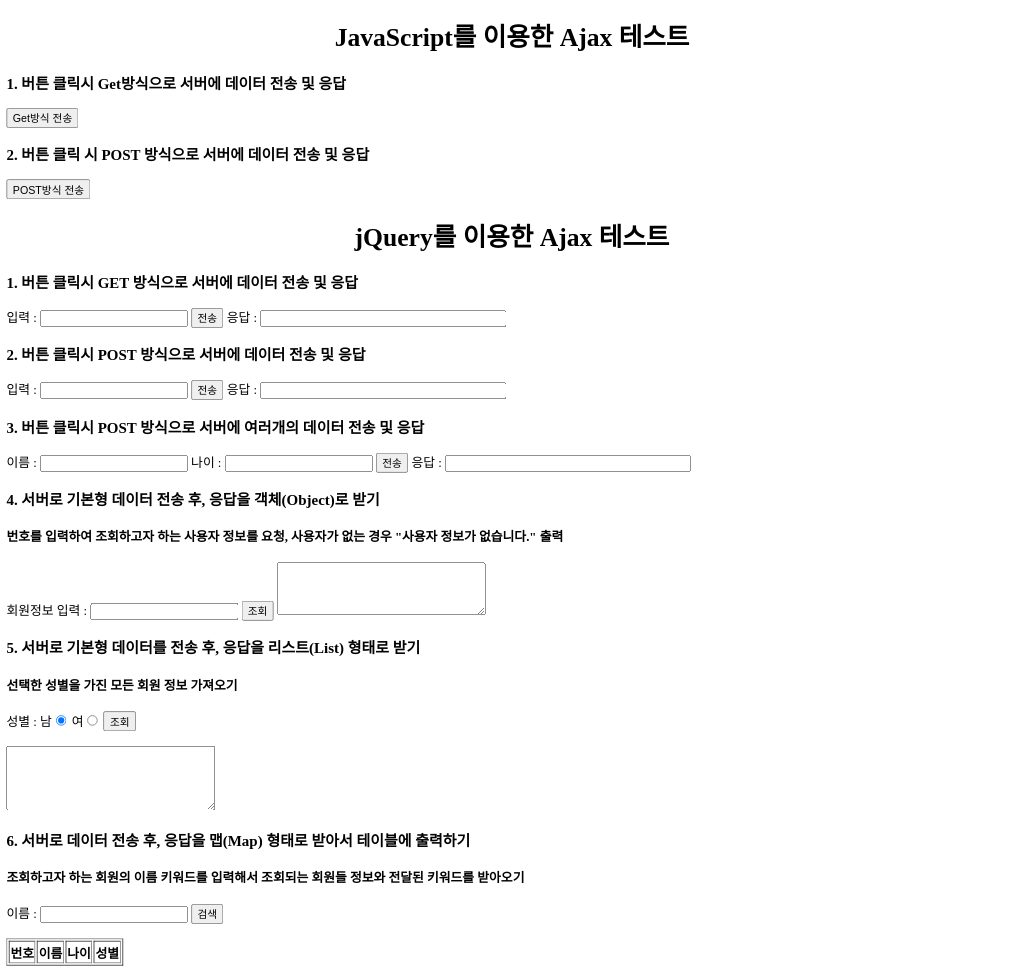
Repository: WOOOOOOOONG/KH_server
Page: http://localhost/ajaxProject/
An editor plug-in stored every save of this project. The page is shown before and after the next save, followed by the edit.
The browser window is 1280 px wide. The pictures show the whole page, at 80% of full size.
The page is served by Tomcat 9. Other server files are loaded and not shown.

Above is the page before, as saved 2019-12-02 11:35:00.

### 실습/ajaxProject/WebContent/index.jsp
<%@ page language="java" contentType="text/html; charset=UTF-8"
    pageEncoding="UTF-8"%>
<!DOCTYPE html>
<html>
<head>
<meta charset="UTF-8">
<title>Insert title here</title>
</head>
<body>
	<%-- ajax 개요 --%>
	<%--
		서버로부터 데이터를 가져와 전체 페이지를 고치지 않고 일부만 로드할 수 있게 하는 기법
		--> 즉, 비동기식 요청을 보내는데 필요한 기술

		* 동기식/비동기식
		- 동기식 : 서버와 클라이언트가 동시에 통신하여 프로세스를 수행 및 종료까지 같이함
				만약 서버에서 호출된 결과까지의 시간이 지연이 생길 경우 웹에서는 아무 작동
				없이 하염없이 기다려야 함. 결과를 받고 나서야 다른 일들을 할 수 있음.
		- 비동기식 : 페이지 리로딩 없이 동기식의 서버 요청 사이사이 추가적인 요청과 처리가 가능함.
				즉, 서버에서 요청한 결과를 받기까지 아무런 동작을 할 수 없는게 아니라 다른걸 하면서
				응답을 바로 받을 수 있음.
			--> 아이디 중복체크, 검색어 자동완성, 댓글, 실시간 검색 로딩

		* 단점
		- 한 페이지 내에서 지속적으로 사용시 리소스가 계속 쌓여 페이지가 느려질 수 있음.
		- 페이지 내 복잡도가 기하급수적으로 증가, 에러 발생 시 디버깅이 어려움

		* AJAX를 구현하는 방식에는 JavaScript와 jQeury 방식이 있는데 그 중 실제로 많이 사용하는
		  방식으로 jQuery 방식(코드가 간결하고 사용하기 쉽다)
	--%>
	<h1 align="center">JavaScript를 이용한 Ajax 테스트</h1>
	<h3>1. 버튼 클릭시 Get방식으로 서버에 데이터 전송 및 응답</h3>
	<button onclick="jsAjax1();">Get방식 전송</button>
	<p id="test1"></p>
	<script>
		function jsAjax1() {
			// 1. XMLHttpRequest 객체 생성
			xhr = new XMLHttpRequest();

			// 자바스크립트는 원래 브라우저 버젼벌 호환성 검사가 필요하지만 생략~

			// 2. onreadystatechange : Ajax 통신에 대한 응답 상태의 변경이 있을 경우
			// 실행할 함수(Ajax 통신이 성공한 경우에 대한 동작)
			xhr.onreadystatechange = function() {
				// 1) readyState : 서버 응답 상태 확인(Ajax 통신 진행상황 확인)
				/*
					0 : request not initialized
					1 : server connection established
					2 : request received
					3 : processing request
					4 : request finished and response is ready
				*/
				if(xhr.readyState == 4) {
					// 요청이 끝났고 그에 해당하는 응답이 왔을 경우

					// 2) status : HTTP 응답 상태 코드(응답이 정상적으로 이루어졌는지 확인)
					/*
						200 : "OK"
						403 : "Forbidden"
						404 : "Not Found"
					*/
					if(xhr.status == 200) {
						console.log('jsAjax1() - ajax 통신 성공!');

						// xhr.responseText : 응답 데이터 문자열을 담고 있다.
						var str = xhr.responseText;
						document.getElementById("test1").innerHTML = str;
					}else if(xhr.status == 404) {
						console.log('jsAjax1() - ajax 통신 실패!');
					}
				}
			}
			// 3. open() : 서버와 데이터 교환시 필요한 정보 입력(요청 방식, 대상(서버), 동기/비동기)
			xhr.open("GET", "<%= request.getContextPath() %>/jsAjax1.do?name=홍길동&age=20", true);

			// 4. send() : 서버로 데이터 교환 요청
			xhr.send();
		}
	</script>

	<h3>2. 버튼 클릭 시 POST 방식으로 서버에 데이터 전송 및 응답</h3>
	<button onclick="jsAjax2();">POST방식 전송</button>
	<p id="test2"></p>
	<script>
		function jsAjax2() {
			// 1 XMLHttpRequest 객체 생성
			xhr = new XMLHttpRequest();

			// 2. onreadystatechange
			xhr.onreadystatechange = function() {
				if(xhr.readyState == 4 && xhr.status == 200) {
					console.log("jsAjax2() - ajax 통신 성공!");

					var str = xhr.responseText;

					document.getElementById("test2").innerHTML = str;
				}
			}

			// 3. open() : 서버와 데이터 교환 시 필요한 정보 입력
			xhr.open("POST", "<%= request.getContextPath() %>/jsAjax2.do");

			// **** POST 방식 데이터 전송시 send() 호출 전 mime type을 설정해주어야 함 ****
			// POST 전송 시 header에 추가로 설정하지 않으면 전송한 파라미터를 인식하지 못함
			// key=value&key=value&...
			xhr.setRequestHeader("Content-type", "application/x-www-form-urlencoded;");
			// HTTP요청 헤더의 값을 설정. setRequestHeader(header(설정된값을 가진 헤더이름), value(헤더의 본문에 설정될 값))

			// 4. send()
			xhr.send("name=김말똥&age=30"); // send 시 데이터 전송
		}
	</script>

	<script src="https://ajax.googleapis.com/ajax/libs/jquery/3.4.1/jquery.min.js"></script>

	<h1 align="center">jQuery를 이용한 Ajax 테스트</h1>
	<h3>1. 버튼 클릭시 GET 방식으로 서버에 데이터 전송 및 응답</h3>
		입력 : <input type="text" id="input1">
	<button id="btn1">전송</button>
		응답 : <input type="text" id="output1" style="width:300px" readonly>
	<script>
		$(function() {
			// 1. 버튼 클릭시 GET 방식으로 서버에 입력값 전송 및 응답
			$("#btn1").click(function() {
				var input = $("#input1").val();

				$.ajax({
					// url : 데이터를 전송할 url(필수!!)
					url : "jqAjax1.do",

					// data : 요청 시 전달할 파라미터 설정
					data : {input:input},
					// key:value

					// type : 전송방식(GET/POST)
					type : "get",

					// success : Ajax 통신 성공 시 처리할 함수를 지정하는 속성
					success : function(result) {
						// result 매개변수 : 서버에서 응답이 왔을 때 그 값이 저장되는 변수
						// 매개변수명 임의지정 가능
						console.log('Ajax 통신 성공!');
						$("#output1").val(result);
					},

					// error : Ajax 통신 실패 시 처리할 함수를 지정하는 속성
					error : function() {
						console.log('Ajax 통신 실패...');
					},

					// complete : 통신 성공/실패 여부 상관없ㅇ ㅣ실행
					complete : function() {
						console.log('무조건 호출~!');
					}
				});
			});
		});
	</script>

	<h3>2. 버튼 클릭시 POST 방식으로 서버에 데이터 전송 및 응답</h3>
	입력 : <input type="text" id="input2">
	<button id="btn2">전송</button>
	응답 : <input type="text" id="output2" style="width:300px" readonly>

	<script>
		$(function() {
			$("#btn2").click(function() {
				var input = $("#input2").val();

				$.ajax({
					url: "jqAjax2.do",
					data: {input: input},
					type:"post",
					success: function(result) {
						console.log("Ajax 통신 성공!");
						$("#output2").val(result);
					},
					error: function(e) {
						console.log(e);
					},
					complete: function() {
						console.log("무조건 호출");
					}
				});
			});
		});
	</script>

	<h3>3. 버튼 클릭시 POST 방식으로 서버에 여러개의 데이터 전송 및 응답</h3>
	이름 : <input type="text" id="input3_1">
	나이 : <input type="text" id="input3_2">
	<button id="btn3">전송</button>
	응답 : <input type="text" id="output3" style="width:300px" readonly>

	<script>
		$(function() {
			$("#btn3").click(function() {
				var input3_1 = $("#input3_1").val();
				var input3_2 = $("#input3_2").val();

				$.ajax({
					url : "jqAjax3.do",
					data : {name : input3_1,
							age : input3_2},
					type : "post",
					success : function(result) {
						$("#output3").val(result);
					},
					error : function() {
						$("#output3").val("ajax 통신 실패");
					}
				});
			});
		});
	</script>

	<h3>4. 서버로 기본형 데이터 전송 후, 응답을 객체(Object)로 받기</h3>
	<h4>번호를 입력하여 조회하고자 하는 사용자 정보를 요청, 사용자가 없는 경우 "사용자 정보가 없습니다." 출력</h4>

	회원정보 입력 : <input type="text" id="input4">
	<button id="btn4">조회</button>
	<textarea id="textarea4" rows="4" cols="30"></textarea>

	<script>
		$(function() {
			// JSONObject를 서버로부터 전달받아
			// dataType : "json"을 이용하여 처리
			$("#btn4").click(function() {
				var input = $("#input4").val();

				$.ajax({
					url : "jqAjax4.do",
					data : {input:input},
					type : "get",
					dataType : "json", // 응답 데이터의 형식을 text가 아닌 json으로 지정
					success : function(obj) {
						console.log(obj);

						var result = "";

						if(obj != null) {
							result = "번호 : " + obj.no + "\n" + "이름 : " + obj.name + "\n"
									+ "나이 : " + obj.age + "\n" + "성별 : " + obj.gender;
						}else {
							result = "사용자 정보가 없습니다.";
						}

						$("#textarea4").val(result);
					},
					error : function() {
						$("#textarea4").val("ajax 통신 실패");
					}
				});
			});
		});
	</script>

	<h3>5. 서버로 기본형 데이터를 전송 후, 응답을 리스트(List) 형태로 받기</h3>
	<h4>선택한 성별을 가진 모든 회원 정보 가져오기</h4>
	성별 :
	남<input type="radio" name="chk_gender5" value="남" checked>
	여<input type="radio" name="chk_gender5" value="여">
	<button id="btn5">조회</button><br><br>
	<textarea id="textarea5" rows="5" cols="30"></textarea>
	<script>
		$(function() {
			$("#btn5").click(function() {
				var gen = $("input[name='chk_gender5']:checked").val();
				$.ajax ({
					url: "jqAjax5.do",
					data: {gender: gen},
					type: "get",
					dataType: "json",
					success: function(list) {
						console.log(list);

						// $.each(배열명, function(index){});
						// --> 배열명[index] 각 요소에 접근 가능
						var result = "";

						$.each(list, function(i) {
							result += list[i].no + " / "
									+ list[i].name + " / "
									+ list[i].age + " / "
									+ list[i].gender + "\n";
						});

						$("#textarea5").val(result);
					},
					error:function() {
					console.log("ajax 통신 실패");
					}
				});
			});
		});
	</script>

	<br>

	<h3>6. 서버로 데이터 전송 후, 응답을 맵(Map) 형태로 받아서 테이블에 출력하기</h3>
	<h4>조회하고자 하는 회원의 이름 키워드를 입력해서 조회되는 회원들 정보와 전달된 키워드를 받아오기</h4>
	이름 : <input type="text" id="input6" width="300">
	<button id="btn6">검색</button><br><br>
	<table id="memberTable6" border="1" style="text-align:center">
		<thead>
			<tr>
				<th>번호</th>
				<th>이름</th>
				<th>나이</th>
				<th>성별</th>
			</tr>
		</thead>
		<tbody>
		</tbody>
	</table>

	<script>
		$(function() {
			$("#btn6").click(function() {
				var input = $("#input6").val();

				$.ajax({
					url : "jqAjax6.do",
					data : {keyword:input},
					dataType : "json",
					type : "get",
					success : function(map) {
						console.log(map);

						console.log(map["jArr"]);
						console.log(map["keyword"]);

						var $tableBody = $("#memberTable6 tbody");
						// var tableBody로 변수를 선언하지 않고 $tableBody로
						// 변수를 선언하는 이유는?
						// tableBody --> 자바스크립트 변수, 스크립트만 사용 가능
						// $tableBody --> jQuery 변수, jQuery에서 사용하는 내장함수들 모두 사용 가능
						// 따라서 그냥 $를 첫글자에 써서 그것이 jQuery의 확장 객체임을 쉽게 구별하려는 의도로 통상 사용

						$tableBody.html("");

						$.each(map["jArr"], function(index, value) {
							console.log(value);

							var $tr = $("<tr>");
							var $noTd = $("<td>").text(value.no); // <td>1</td>
							var $nameTd = $("<td>").text(value.name); // <td>김영희</td>
							var $ageTd = $("<td>").text(value.age); // <td>30</td>
							var $genTd = $("<td>").text(value.gender); // <td>여</td>

							$tr.append($noTd);
							$tr.append($nameTd);
							$tr.append($ageTd);
							$tr.append($genTd);
							// <tr> 사이에 위의 <td> 요소들이 모두 들어간다.

							$tableBody.append($tr);
						});
					},
					error : function() {
						console.log('ajax 통신 실패!');
					},
				});
			});
		});
	</script>
</body>
</html>

After the next save:
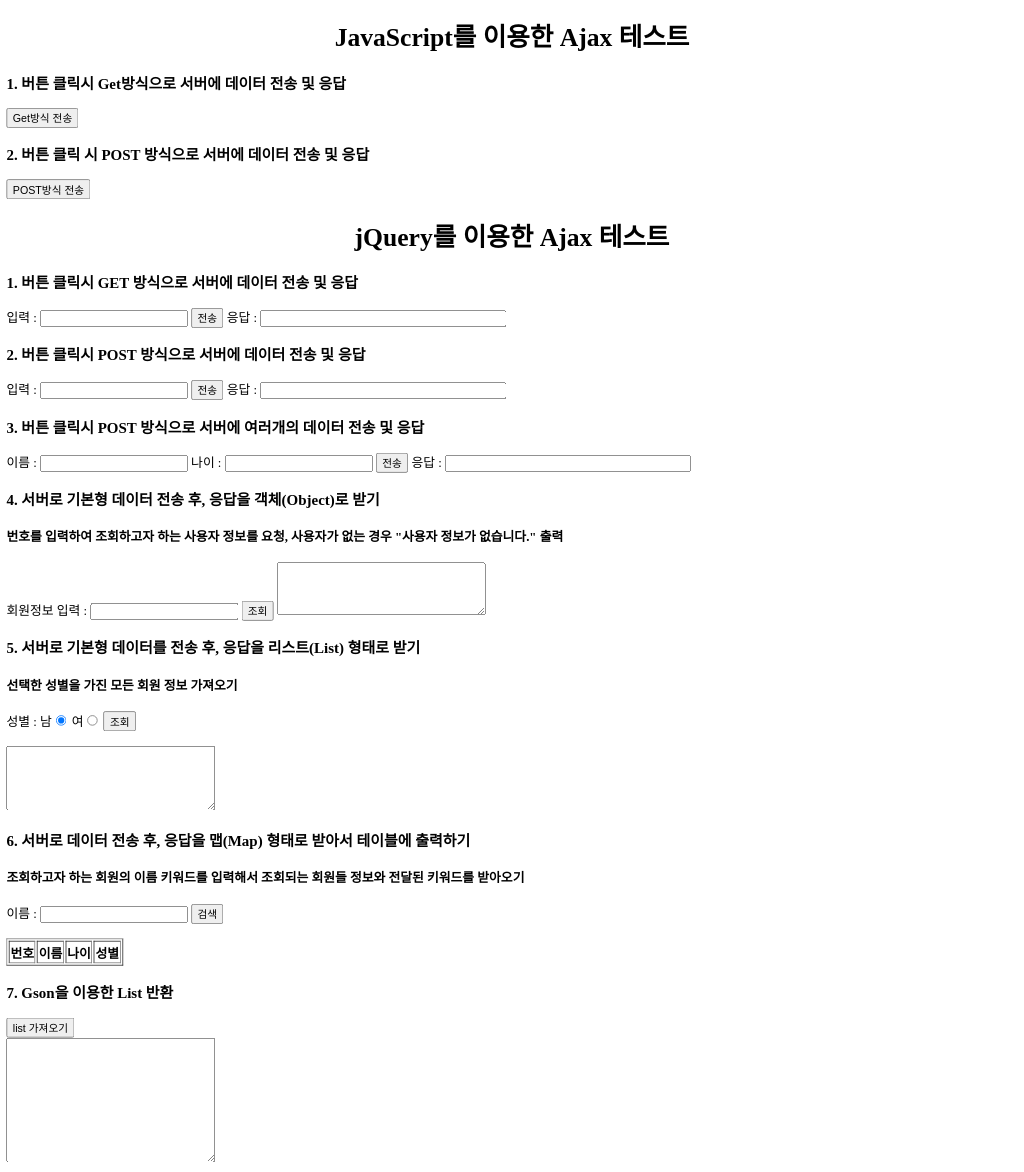
Saved 115 s later.
--- a/실습/ajaxProject/WebContent/index.jsp
+++ b/실습/ajaxProject/WebContent/index.jsp
@@ -364,5 +364,9 @@
 			});
 		});
 	</script>
+
+	<h3>7. Gson을 이용한 List 반환</h3>
+	<button id="gsonListBtn">list 가져오기</button><br>
+	<textarea id="textarea" rows="10" cols="30"></textarea>
 </body>
 </html>
